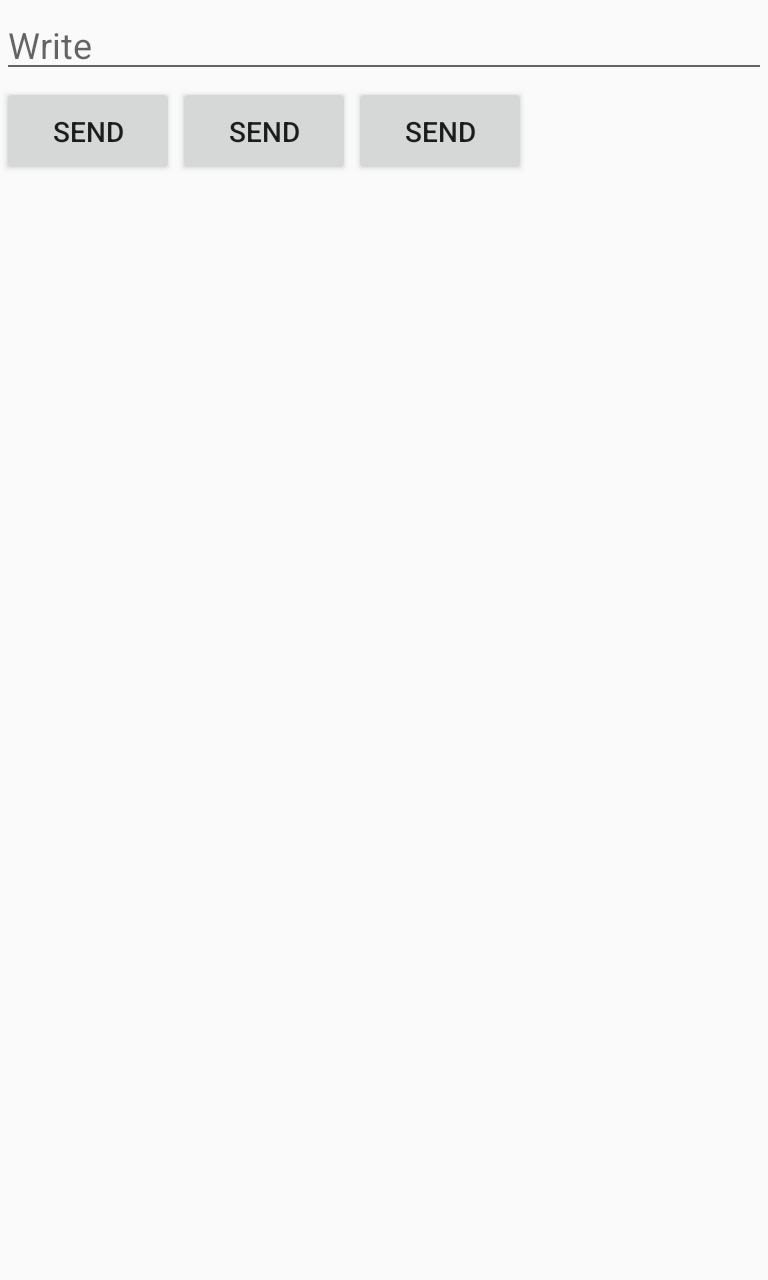
Repository: wisingd/Dajoroli
Layout: Workspace/MyFirstApp/res/layout/fragment_main.xml
These files come from the project's save history. The layout is drawn as it stood at one moment and after the next save; the edit follows.
It is drawn on a 768 x 1280 px phone screen (xhdpi) without system bars, with theme AppTheme; the app's code is not run.

Above is the layout before, as saved 2014-04-20 10:59:36.

After the next save:
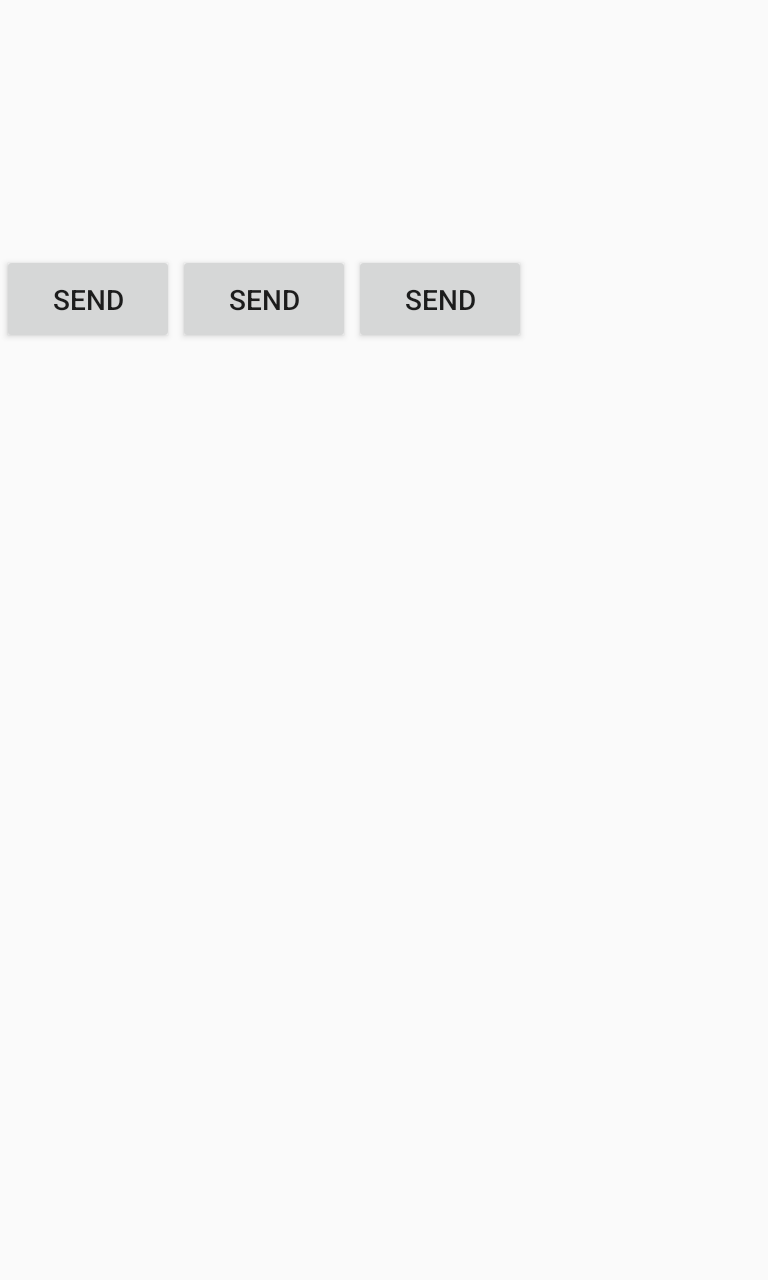
Saved 5 min 13 s later.
--- a/Workspace/MyFirstApp/res/layout/fragment_main.xml
+++ b/Workspace/MyFirstApp/res/layout/fragment_main.xml
@@ -27,7 +27,7 @@
 
     <EditText
         android:id="@+id/edit_message"
-        android:layout_width="match_parent"
+        android:layout_width="0dp"
         android:layout_height="wrap_content"
         android:hint="@string/edit_message" />
 
